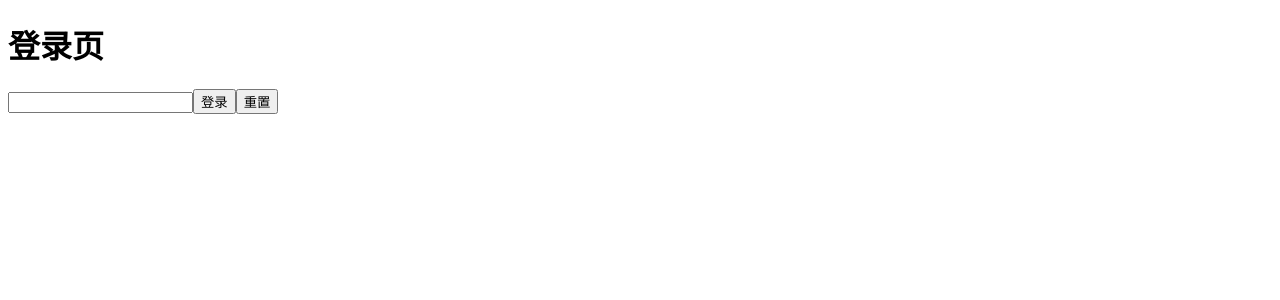
Repository: zenghao518518/React
Page: /
An editor plug-in stored every save of this project. The page is shown before and after the next save, followed by the edit.
The browser window is 1280 px wide. The pictures show the whole page.
The project was rebuilt for these pictures with package versions that can differ from the ones it lists, and the page was loaded fresh each time.

Above is the page before, as saved 2023-07-17 15:16:28.

After the next save:
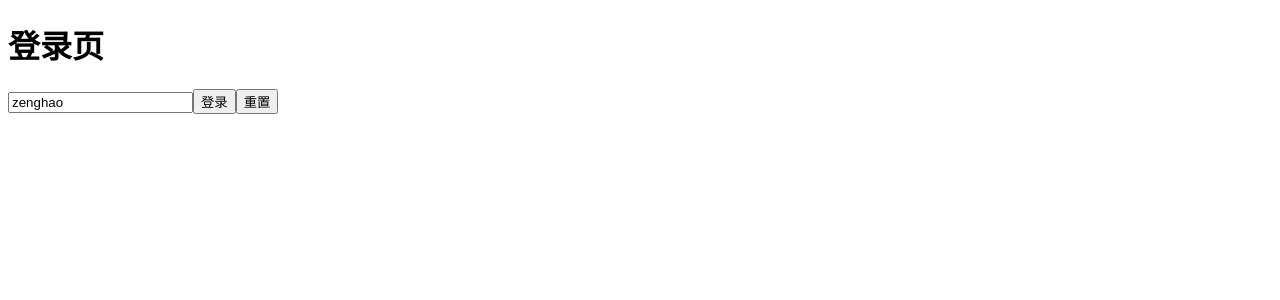
Saved 13 min 56 s later.
--- a/src/01-base/19-非受控.js
+++ b/src/01-base/19-非受控.js
@@ -6,7 +6,7 @@ export default class App extends Component {
     return (
       <div>
           <h1>登录页</h1>
-          <input type="text" ref={this.myusername}></input>
+          <input type="text" ref={this.myusername} defaultValue="zenghao"></input>
           <button onClick={()=>{
             console.log(this.myusername.current.value)
           }}>登录</button>
